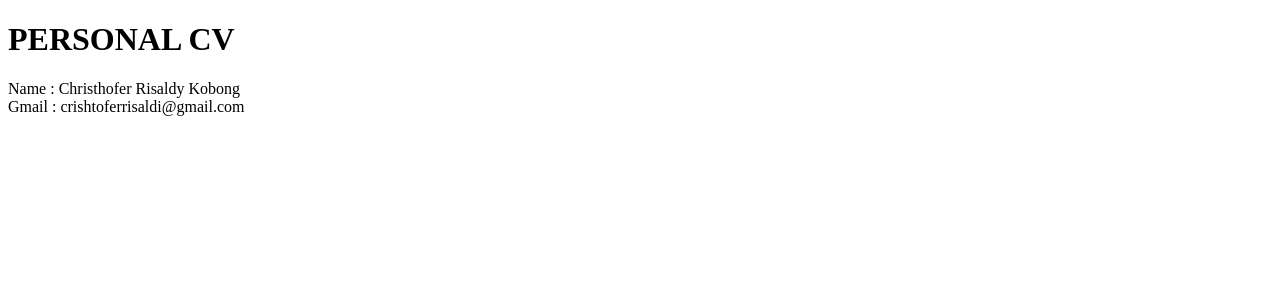
Repository: ChristhoferRisaldy/CVWeb
Page: web.html
The author's editor kept a copy of each file at every save. The page is drawn from the files as they stood at one save, then again after the next save.
The browser window is 1280 px wide. The pictures show the whole page.

Above is the page before, as saved 2025-02-21 19:55:05.

After the next save:
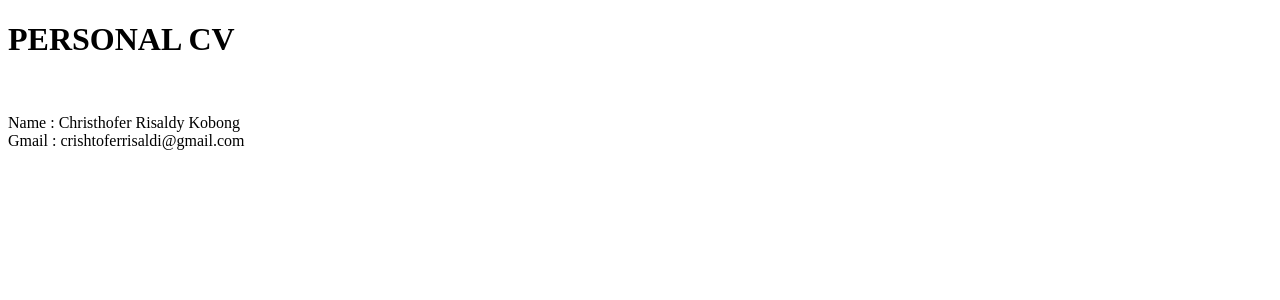
Saved 54 min 54 s later.
--- a/web.html
+++ b/web.html
@@ -5,8 +5,9 @@
     </head>
     <body>
         <h1>PERSONAL CV</h1>
+        <img scr="1">
         <p>
             Name : Christhofer Risaldy Kobong<br>
-             Gmail : crishtoferrisaldi@gmail.com
+            Gmail : crishtoferrisaldi@gmail.com
         </p>
 </html>
